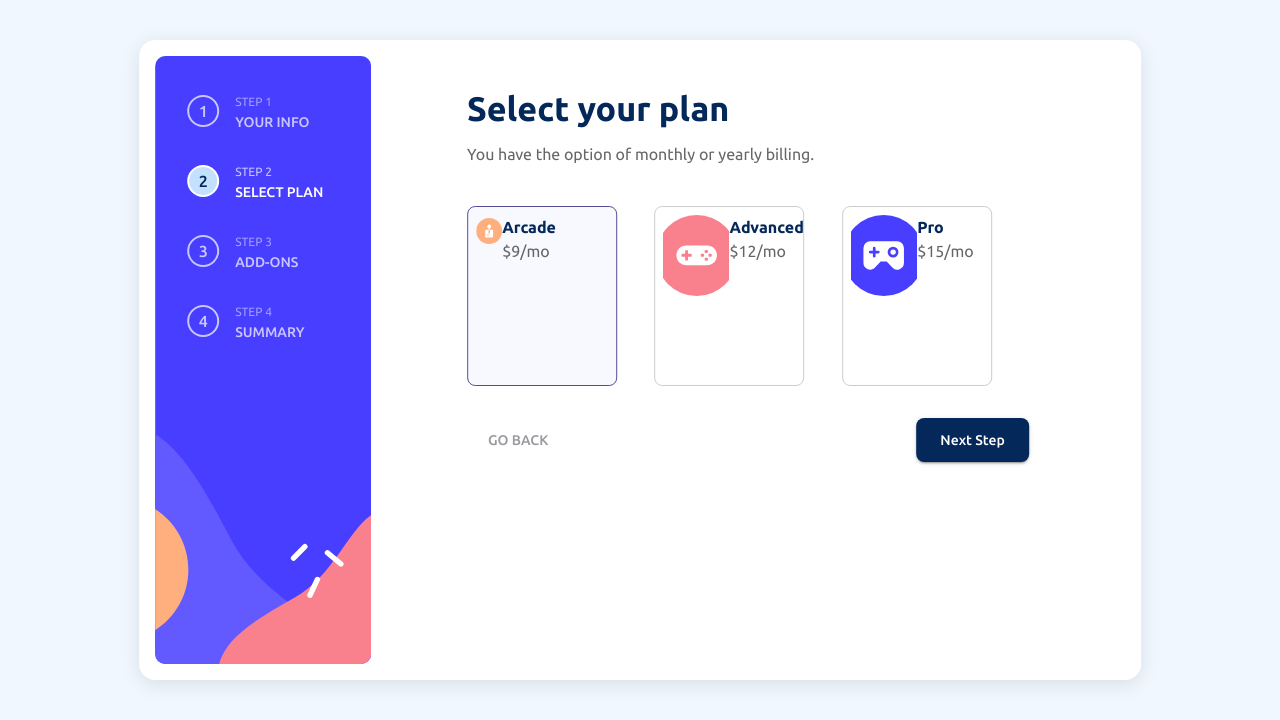
Repository: ozerrrs/chalange7days
Page: / (app in 7dayschalange/7dayschallange/), after clicking the first element matching `button.MuiButtonBase-root`
An editor plug-in stored every save of this project. The page is shown before and after the next save, followed by the edit.
The browser window is 1280 px wide. The pictures show the whole page.
The project was rebuilt for these pictures with package versions that can differ from the ones it lists, and the page was loaded fresh each time. Also part of the build but not shown: 7dayschalange/7dayschallange/vite.config.js.

Above is the page before, as saved 2025-03-05 16:22:44.

After the next save:
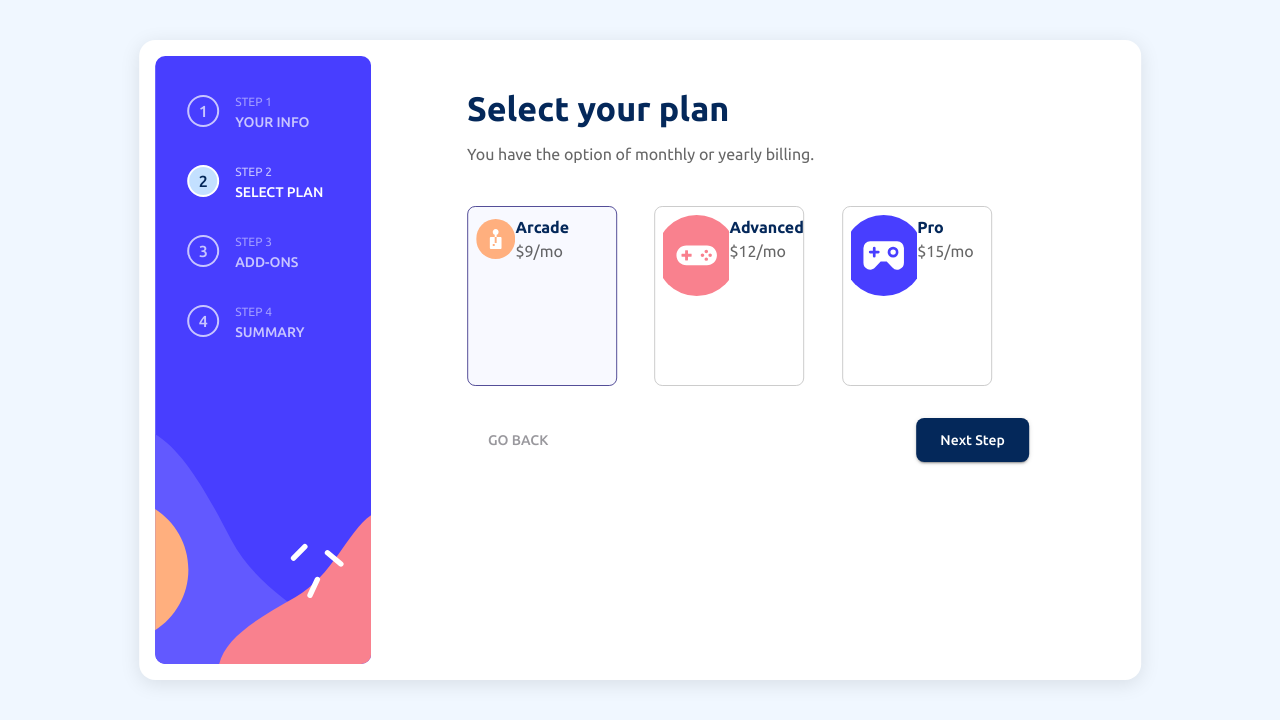
Saved 6 s later.
--- a/7dayschalange/7dayschallange/src/pages/firstPage.jsx
+++ b/7dayschalange/7dayschallange/src/pages/firstPage.jsx
@@ -249,8 +249,8 @@ function MultiStepForm() {
                         src={arcadeIcon}
                         alt="background"
                         style={{
-                          width: "20%",
-                          height: "20%",
+                          width: "30%",
+                          height: "30%",
                           objectFit: "contain",
                         }}
                       />
